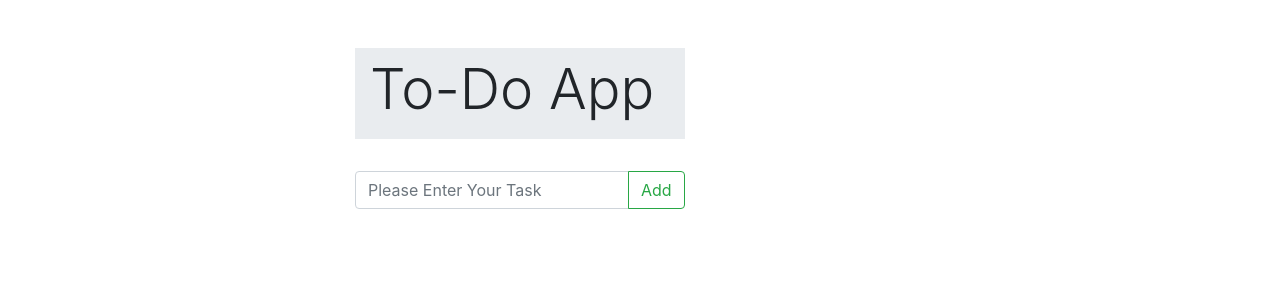
Repository: Khilanmakwana/Todo-App-ReactJS
Page: /
The author's editor kept a copy of each file at every save. The page is drawn from the files as they stood at one save, then again after the next save.
The browser window is 1280 px wide. The pictures show the whole page.
The project was rebuilt for these pictures with package versions that can differ from the ones it lists, and the page was loaded fresh each time. Also part of the build but not shown: src/App.css.

Above is the page before, as saved 2020-04-28 19:16:52.

### public/index.html
<!DOCTYPE html>
<html lang="en">

<head>
  <meta charset="utf-8" />
  <link rel="icon" href="%PUBLIC_URL%/favicon.ico" />
  <meta name="viewport" content="width=device-width, initial-scale=1" />
  <meta name="theme-color" content="#000000" />
  <meta name="description" content="Web site created using create-react-app" />
  <link rel="apple-touch-icon" href="%PUBLIC_URL%/logo192.png" />
  <!--
      manifest.json provides metadata used when your web app is installed on a
      user's mobile device or desktop. See https://developers.google.com/web/fundamentals/web-app-manifest/
    -->
  <link rel="manifest" href="%PUBLIC_URL%/manifest.json" />
  <!--
      Notice the use of %PUBLIC_URL% in the tags above.
      It will be replaced with the URL of the `public` folder during the build.
      Only files inside the `public` folder can be referenced from the HTML.

      Unlike "/favicon.ico" or "favicon.ico", "%PUBLIC_URL%/favicon.ico" will
      work correctly both with client-side routing and a non-root public URL.
      Learn how to configure a non-root public URL by running `npm run build`.
    -->
  <title>React App</title>
  <link rel="stylesheet" href="https://stackpath.bootstrapcdn.com/bootstrap/4.4.1/css/bootstrap.min.css"
    integrity="sha384-Vkoo8x4CGsO3+Hhxv8T/Q5PaXtkKtu6ug5TOeNV6gBiFeWPGFN9MuhOf23Q9Ifjh" crossorigin="anonymous">
</head>

<body>
  <noscript>You need to enable JavaScript to run this app.</noscript>
  <div class="container">
    <div class="row">
      <div class="col-mf-12 offset-md-3 mt-5">
        <div id="root"></div>
      </div>
    </div>
  </div>
  <!--
      This HTML file is a template.
      If you open it directly in the browser, you will see an empty page.

      You can add webfonts, meta tags, or analytics to this file.
      The build step will place the bundled scripts into the <body> tag.

      To begin the development, run `npm start` or `yarn start`.
      To create a production bundle, use `npm run build` or `yarn build`.
    -->
  <script src="https://code.jquery.com/jquery-3.4.1.slim.min.js"
    integrity="sha384-J6qa4849blE2+poT4WnyKhv5vZF5SrPo0iEjwBvKU7imGFAV0wwj1yYfoRSJoZ+n" crossorigin="anonymous">
  </script>
  <script src="https://cdn.jsdelivr.net/npm/popper.js@1.16.0/dist/umd/popper.min.js"
    integrity="sha384-Q6E9RHvbIyZFJoft+2mJbHaEWldlvI9IOYy5n3zV9zzTtmI3UksdQRVvoxMfooAo" crossorigin="anonymous">
  </script>
  <script src="https://stackpath.bootstrapcdn.com/bootstrap/4.4.1/js/bootstrap.min.js"
    integrity="sha384-wfSDF2E50Y2D1uUdj0O3uMBJnjuUD4Ih7YwaYd1iqfktj0Uod8GCExl3Og8ifwB6" crossorigin="anonymous">
  </script>
</body>

</html>

### src/App.js
import React, { Component } from "react";
import "./App.css";

class App extends Component {
  state = {
    todoList: [],
  };

  render() {
    return (
      <div>
        <div className="jumbotron jumbotron-fluid py-2">
          <div className="container">
            <h1 className="display-4">To-Do App</h1>
          </div>
        </div>
        <form className="mb-3" onSubmit={this.handleSubmit}>
          <div className="input-group">
            <input
              type="text"
              name="todoTask"
              className="form-control"
              placeholder="Please Enter Your Task"
              autoComplete="off"
            />
            <div className="input-group-append">
              <button type="sumbit" className="btn btn-outline-success">
                Add
              </button>
            </div>
          </div>
        </form>
        <ul className="list-group">
          {this.state.todoList.map((item, index) => {
            return (
              <li className="list-group-item" key={index}>
                {item}
                <button
                  className="btn btn-sm btn-outline-danger float-right"
                  onClick={(event) => {
                    this.deleteTodoTask(event, index);
                  }}
                >
                  Delete
                </button>
              </li>
            );
          })}
        </ul>
      </div>
    );
  }

  handleSubmit = (event) => {
    var taskDesc = event.target.elements.todoTask.value;
    if (taskDesc.length > 0) {
      this.setState({
        todoList: [...this.state.todoList, taskDesc],
      });
      event.target.reset();
    }
    event.preventDefault();
  };

  deleteTodoTask = (event, index) => {
    var taskArray = [...this.state.todoList];
    taskArray.splice(index, 1);
    this.setState({
      todoList: taskArray,
    });
  };
}
export default App;

Loaded but not shown: src/index.js (common file); src/index.css (common file); src/serviceWorker.js (common file)

After the next save:
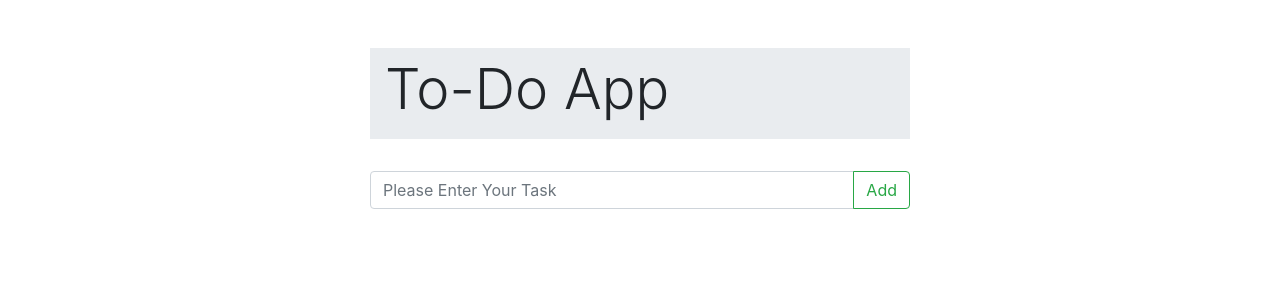
Saved 25 s later.
--- a/public/index.html
+++ b/public/index.html
@@ -31,7 +31,7 @@
   <noscript>You need to enable JavaScript to run this app.</noscript>
   <div class="container">
     <div class="row">
-      <div class="col-mf-12 offset-md-3 mt-5">
+      <div class="col-md-6 offset-md-3 mt-5">
         <div id="root"></div>
       </div>
     </div>
